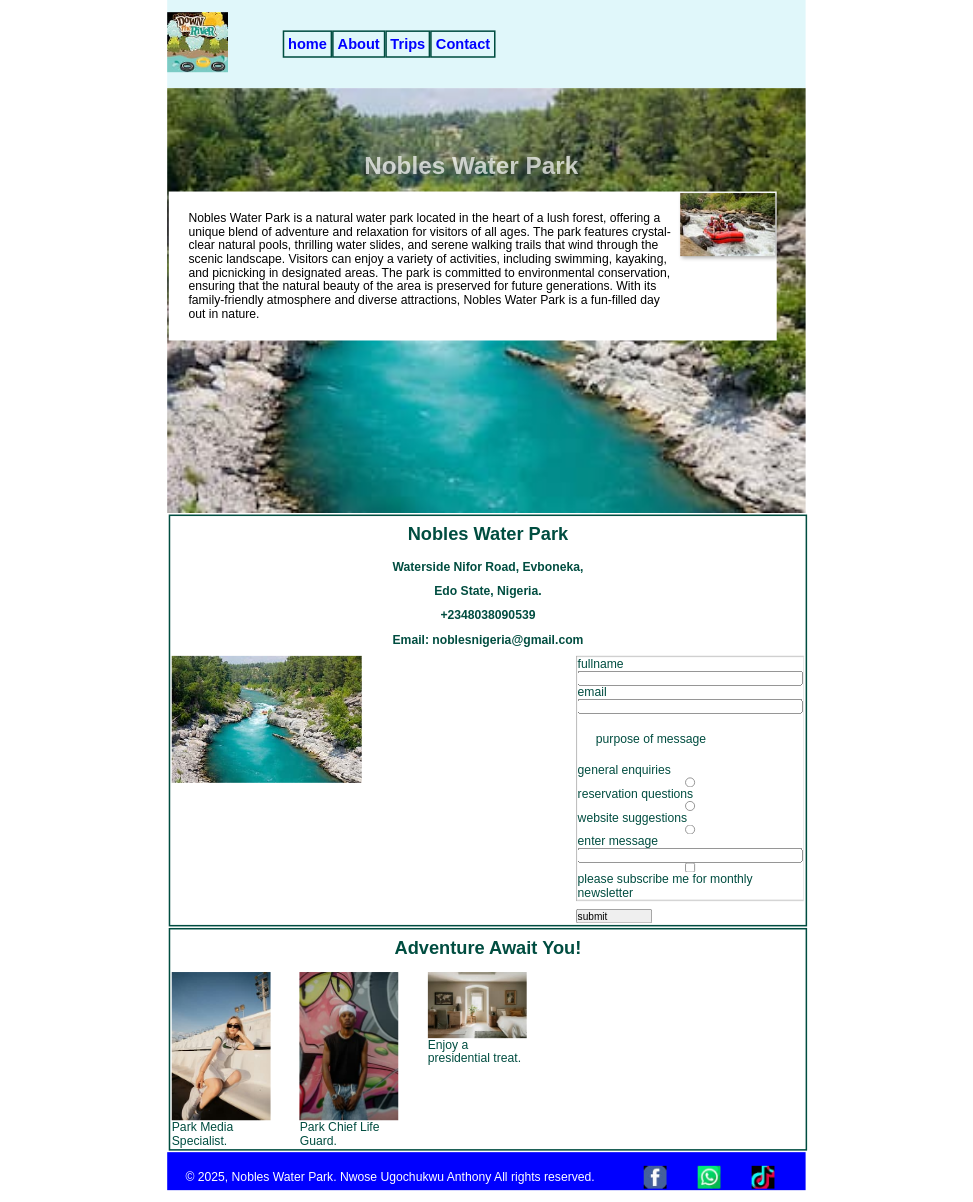
Repository: NoblesNigeria/wdd130
Page: wwr/contact.html
These files come from the project's save history. The page is drawn as it stood at one moment and after the next save; the edit follows.
The browser window is 1280 px wide. The pictures show the whole page, at 76% of full size.

Above is the page before, as saved 2025-09-24 17:23:48.

After the next save:
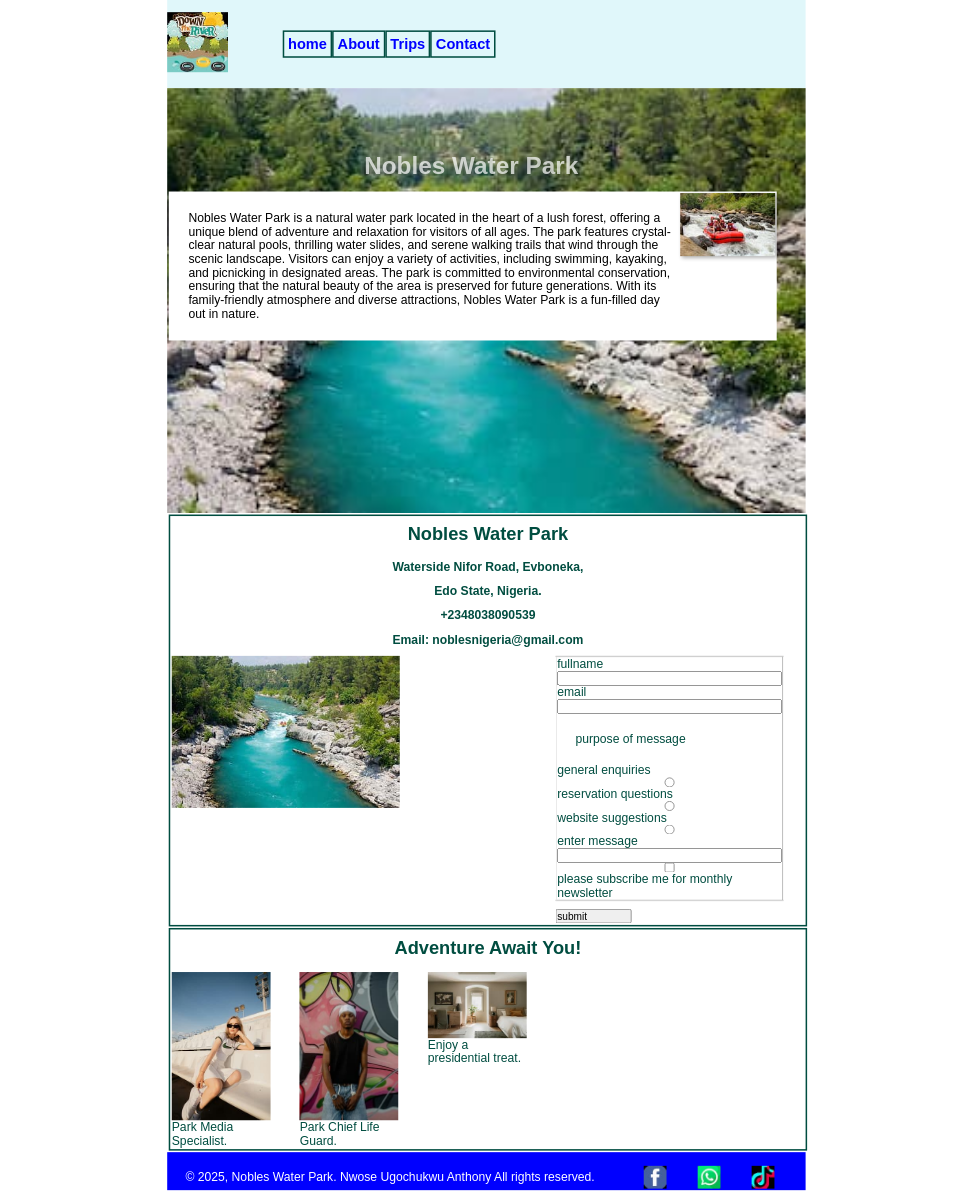
Saved 2 h 12 min later.
--- a/wwr/styles/rafting.css
+++ b/wwr/styles/rafting.css
@@ -122,9 +122,9 @@ button{
     width: 100px
 }
 aside img{
-    width: 250px;
+    width: 300px;
     display: flex;
-    grid-column: 1/2;
+    grid-column: 1/3;
 }
 
 figure img,figcaption{
